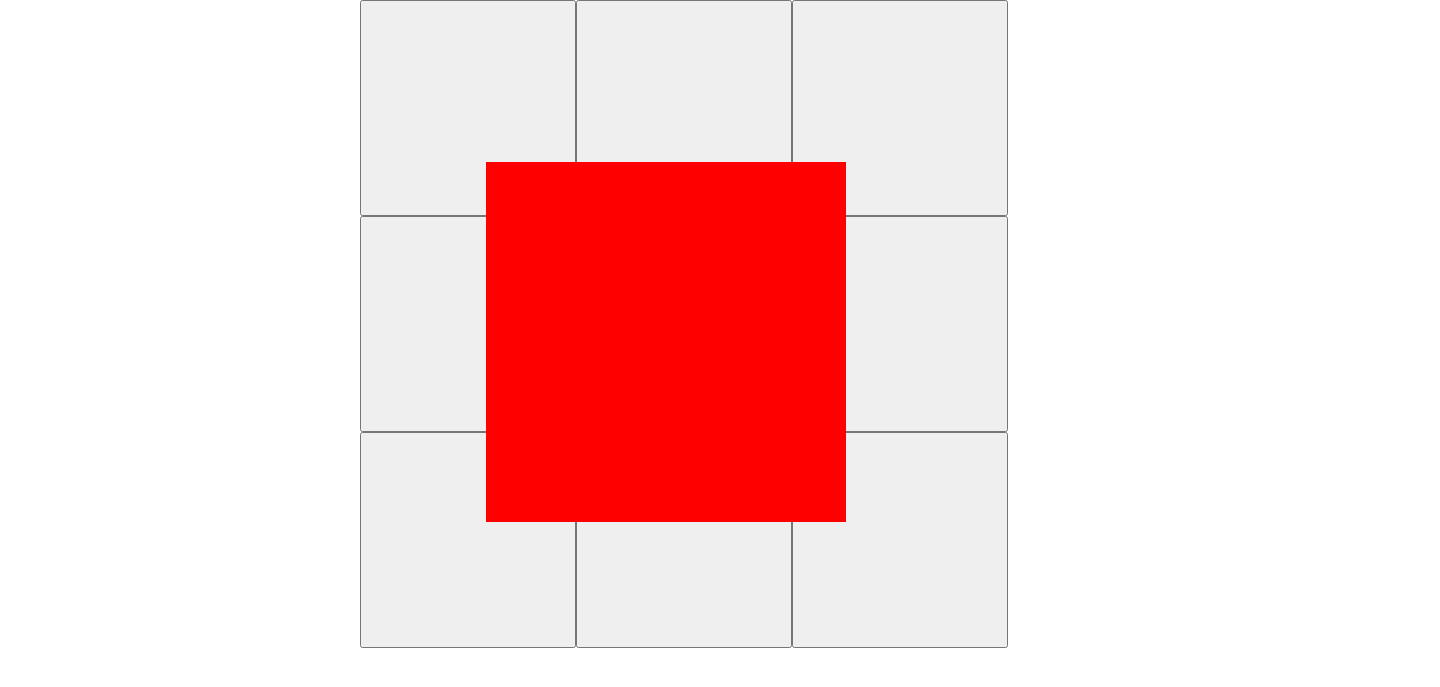
Repository: napan24/tic-tac-toe
Page: /
The author's editor kept a copy of each file at every save. The page is drawn from the files as they stood at one save, then again after the next save.
The browser window is 1440 px wide. The pictures show the whole page.
The project was rebuilt for these pictures with package versions that can differ from the ones it lists, and the page was loaded fresh each time. Also part of the build but not shown: src/App.css.

Above is the page before, as saved 2022-06-14 17:10:01.

### src/App.js
import {useEffect} from 'react';
import logo from './logo.svg';
import './App.css';
import { FontAwesomeIcon } from '@fortawesome/react-fontawesome';
import { faXmark } from '@fortawesome/free-solid-svg-icons';
import { faCircle } from '@fortawesome/free-regular-svg-icons';
import './tik.css';
import { useState } from 'react';
import cross from './cross.jpeg';
import circle from './circle.png';
/* <FontAwesomeIcon icon={faXmark} size="5x" /> */
/* <FontAwesomeIcon icon={faCircle} size="5x"/> */

// const cl=event.currentTarget.id;
// const el = document.getElementById(cl);
// el.append(a);
function App() {
  const [board,setBoard]=useState([[" "," "," "],[" "," "," "],[" "," "," "]]);
  const [curr,setCurr]=useState(false);
  const [c,setC]=useState(null);
  const [row,setRow]=useState(0);
  const [col,setCol]=useState(0);
  const [win,setWin]=useState(false);
  function update(r,c){
    setBoard((prevstate)=>{
      let newBoard=[...prevstate];
      newBoard[r][c]=curr?"/":"+";
      return newBoard;
    });
    setRow(r);
    setCol(c);
  }
  useEffect(() => {
    func();
  }, [board])
  // useEffect(() => {

  // }, [win])

  function func(){
    if(board[row][col]===" "){
      return;
    }
    let count=0;
    let i=row;
    while(i<3){
      if(board[i][col]==board[row][col]){
        count++;
      }
      i++;
    }
    if(count==3){
      console.log('a');
      setWin(true);
    }
    count--;
    i=row;
    while(i>=0){
      if(board[i][col]==board[row][col]){
        count++;
      }
      i--;
    }
    console.log(count);
    if(count==3){
      console.log('a');
      setWin(true);
    }
    let j=col;
    count=0;
    while(j<3){
      if(board[row][j]==board[row][col]){
        count++;
      }
      j++;
    }
    if(count==3){
      console.log('a');
      setWin(true);
    }
    count--;
    j=col;
    while(j>=0){
      if(board[row][j]==board[row][col]){
        count++;
      }
      j--;
    }
    console.log(count);
    if(count==3){
      console.log('a');
      setWin(true);
    }
  }
  const handleClick = event => {
    const cl=event.currentTarget.id;
    document.getElementById(cl).style.background =curr?"url("+cross+")":"url("+circle+")";
    document.getElementById(cl).style.backgroundSize="cover";
    document.getElementById(cl).style.backgroundRepeat="no-repeat";
    let a;
    if(cl=="r1column1"){
      update(0,0);
    }
    if(cl=="r1column2"){
      update(0,1);
    }
    if(cl=="r1column3"){
      update(0,2);
    }
    if(cl=="r2column1"){
      update(1,0);
    }
    if(cl=="r2column2"){
      update(1,1);
    }
    if(cl=="r2column3"){
      update(1,2);
    }
    if(cl=="r3column1"){
      update(2,0);
    }
    if(cl=="r3column2"){
      update(2,1);
    }
    if(cl=="r3column3"){
      update(2,2);
    }
    setCurr(!curr);
  };
  const box={
    height:"30vmin",
    width:"30vmin"
  }
  return (
    <>
    <div id="mainblock">
      <div id="win" style={{backgroundColor:"red",height:"50vmin",width:"50vmin",position:"absolute",right:"25%",top:"25%"}}>
      </div>
      <div id="row1" style={{ display: "flex", justifyContent: "center", alignContent: "center" }}>
        <button id="r1column1" onClick={handleClick} style={box}></button>
        <button id="r1column2" onClick={handleClick} style={box}></button>
        <button id="r1column3" onClick={handleClick} style={box}></button>
      </div>
      <div id="row2" style={{ display: "flex", justifyContent: "center", alignContent: "center" }}>
        <button id="r2column1" onClick={handleClick} style={box}></button>
        <button id="r2column2" onClick={handleClick} style={box}></button>
        <button id="r2column3" onClick={handleClick} style={box}></button>
      </div>
      <div id="row" style={{ display: "flex", justifyContent: "center", alignContent: "center" }}>
        <button id="r3column1" onClick={handleClick} style={box}></button>
        <button id="r3column2" onClick={handleClick} style={box}></button>
        <button id="r3column3" onClick={handleClick} style={box}></button>
      </div>
    </div>
    </>
  );
}

export default App;

### src/tik.css
@media (max-width:500px) {
    #mainblock{
        position:relative;
        left:2vw;
        display: inline-block;
    }
}
@media (max-width:2560px) and (min-width:1601px){
    #mainblock{
        position: relative;
        left:30vw;
        display: inline-block;
    }
}
@media (max-width:1600px) and (min-width:1301px){
    #mainblock{
        position: relative;
        left:25vw;
        display: inline-block;
    }
}
@media (max-width:1300px) and (min-width:1175px){
    #mainblock{
        position: relative;
        left:25vw;
        display: inline-block;
    }
}
@media (max-width:1174px) and (min-width:901px){
    #mainblock{
        position: relative;
        left:15vw;
        display: inline-block;
    }
}
@media (max-width:900px) and (min-width:501px){
    #mainblock{
        position: relative;
        left:5vw;
        display: inline-block;
    }
}

Loaded but not shown: public/index.html (common file); src/index.js (common file); src/index.css (common file); src/reportWebVitals.js (common file)

After the next save:
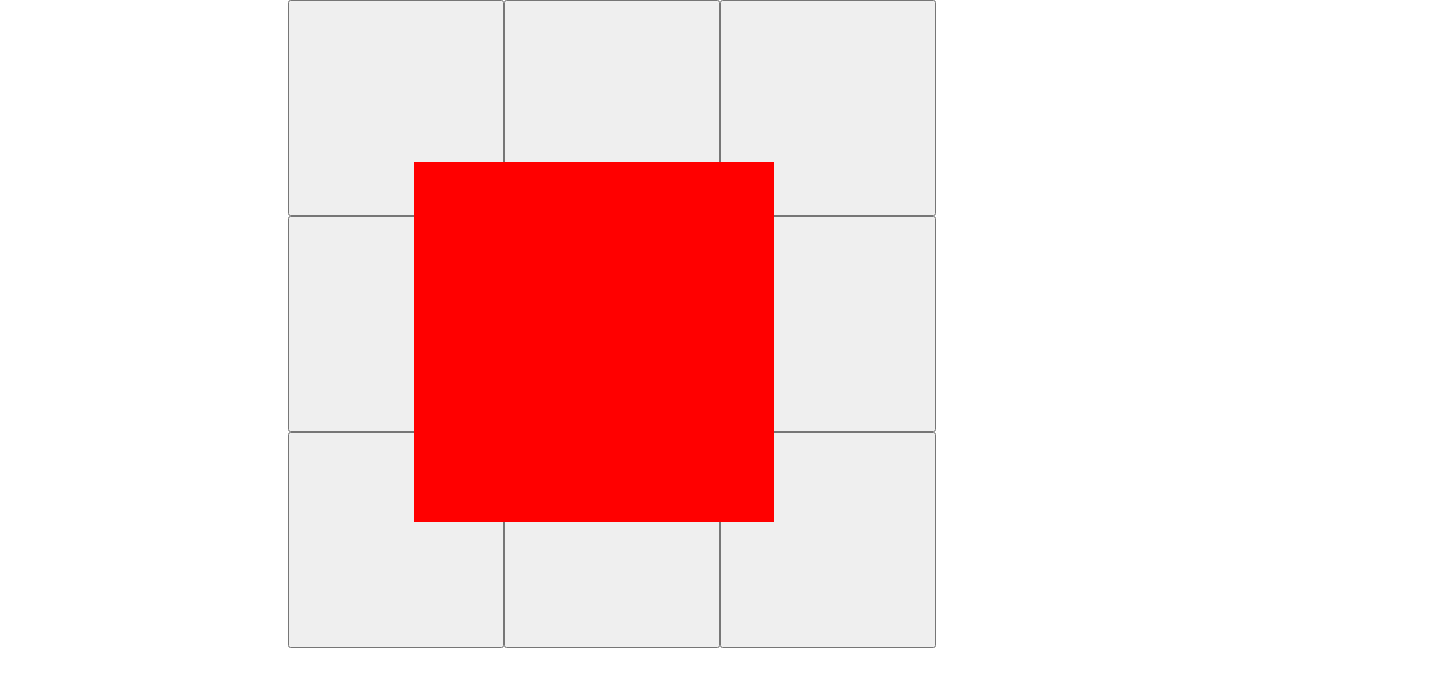
Saved 7 s later.
--- a/src/tik.css
+++ b/src/tik.css
@@ -15,7 +15,7 @@
 @media (max-width:1600px) and (min-width:1301px){
     #mainblock{
         position: relative;
-        left:25vw;
+        left:20vw;
         display: inline-block;
     }
 }
